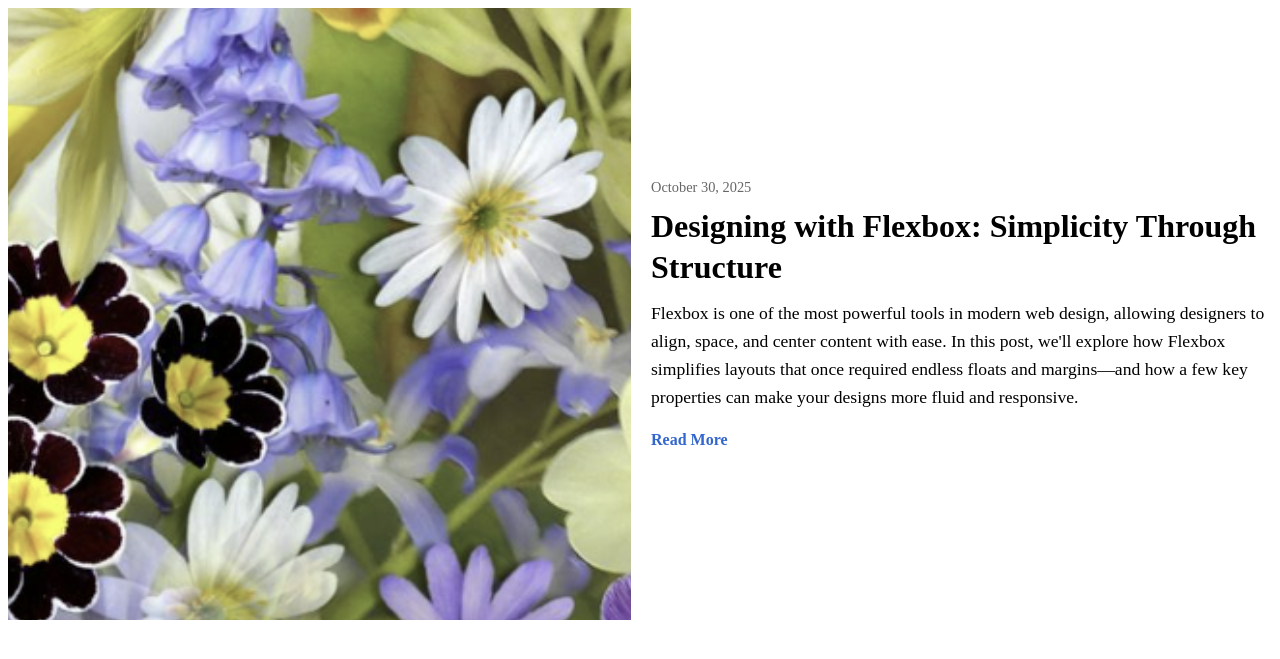
Repository: Brittany-Westlund/WebDesign
Page: Assignment4/flexbox.html
The author's editor kept a copy of each file at every save. The page is drawn from the files as they stood at one save, then again after the next save.
The browser window is 1280 px wide. The pictures show the whole page.

Above is the page before, as saved 2025-10-30 17:22:19.

After the next save:
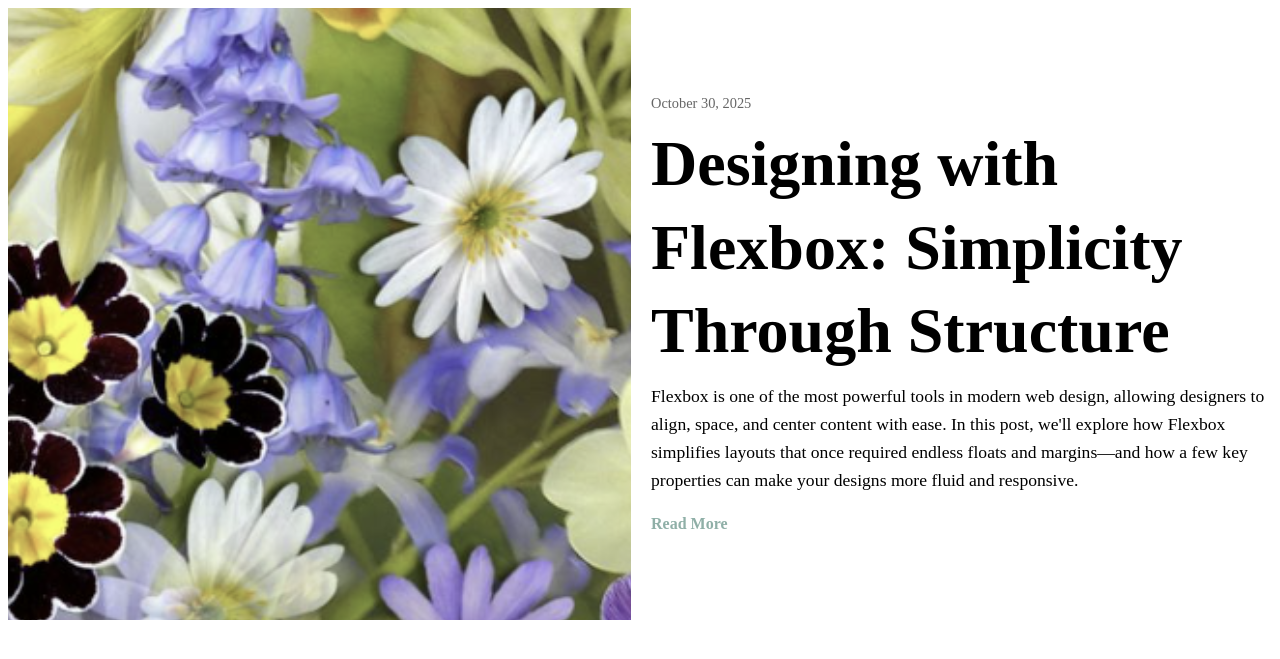
Saved 105 s later.
--- a/Assignment4/style/style.css
+++ b/Assignment4/style/style.css
@@ -19,7 +19,7 @@
 }
 
 .post-title {
-  font-size: 2rem;
+  font-size: 4rem;
   font-weight: 600;
   line-height: 1.3;
   margin: 0;
@@ -34,6 +34,6 @@
 .read-more {
   text-decoration: none;
   font-weight: bold;
-  color: #3366cc;
+  color: #8fafa7;
   margin-top: 10px;
 }
